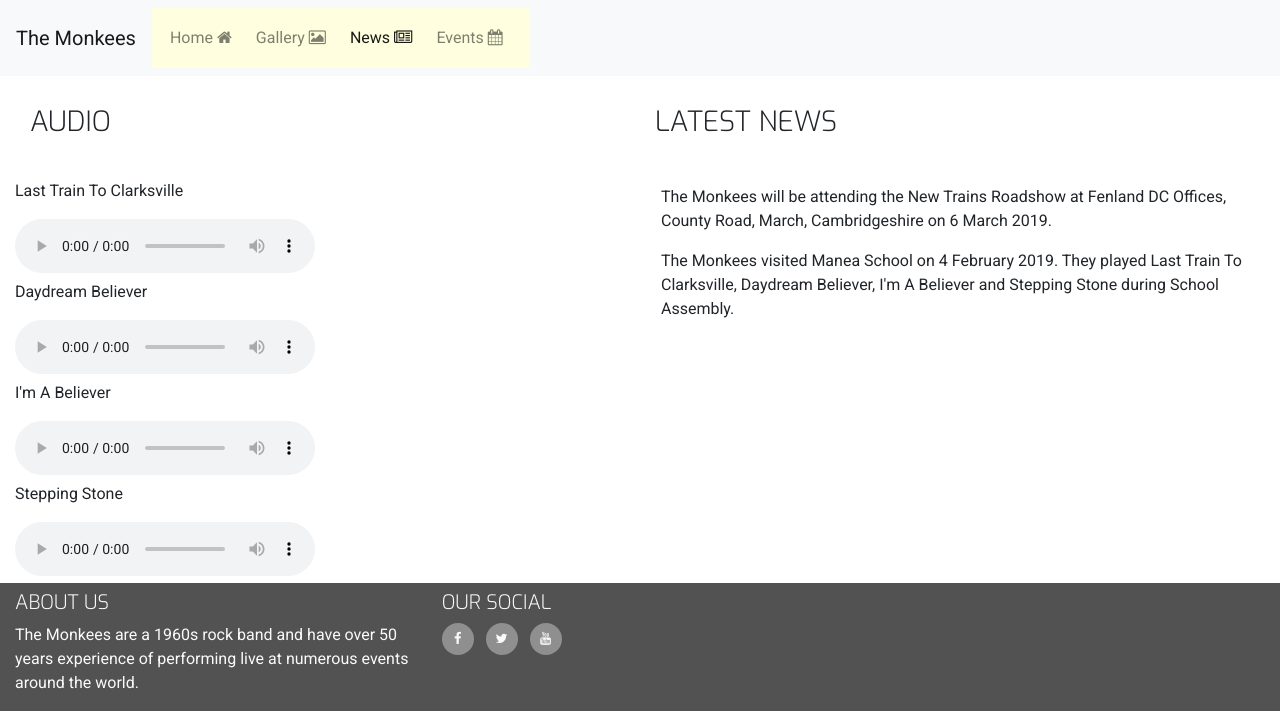
Repository: Code-Institute-Submissions/ucd-band
Page: news.html
The author's editor kept a record of every edit. The page is drawn from the files as they stood at one moment, then again after the next edit.
The browser window is 1280 px wide. The pictures show the whole page.

Above is the page before.

After the next edit:
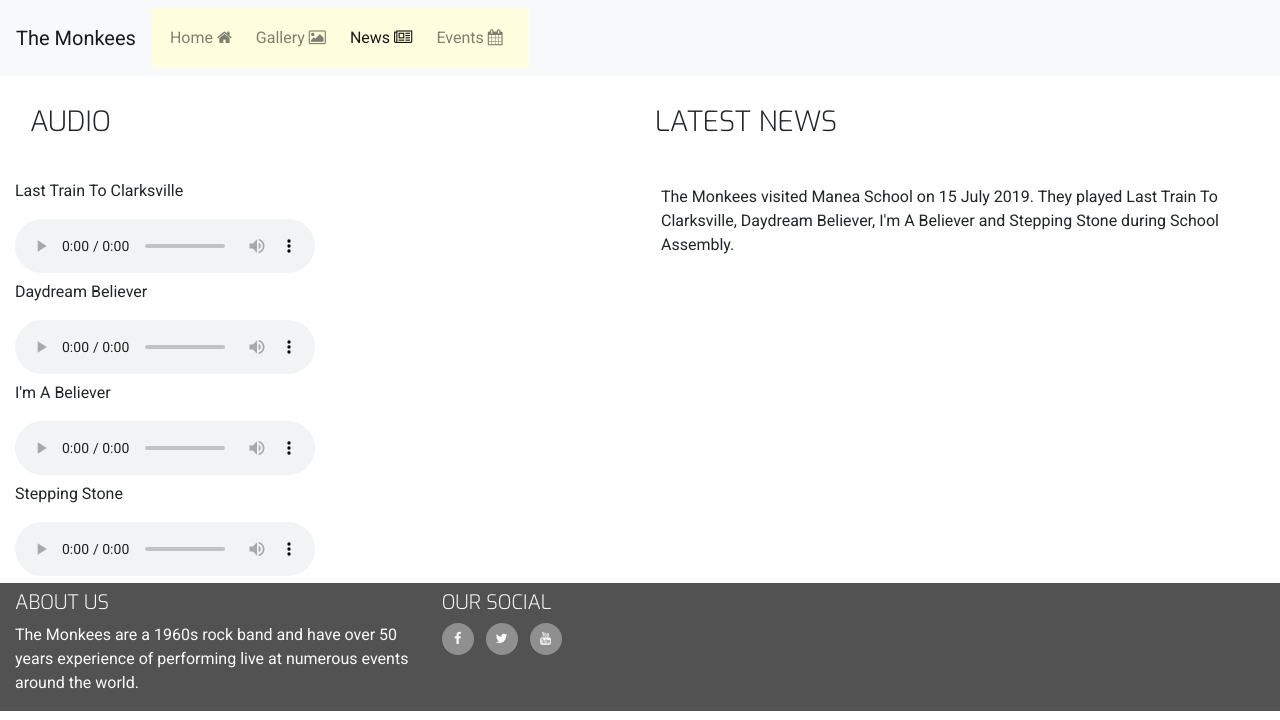
The edit:
--- a/news.html
+++ b/news.html
@@ -89,10 +89,7 @@
                     </div>
                     <!-- Set Up News Items -->
                     <div class="news-item">
-                        <p class="news-description">The Monkees will be attending the New Trains Roadshow
-                        at Fenland DC Offices, County Road, March, Cambridgeshire
-                        on 6 March 2019.</p>
-                        <p class="news-description">The Monkees visited Manea School on 4 February 2019.
+                        <p class="news-description">The Monkees visited Manea School on 15 July 2019.
                         They played Last Train To Clarksville, Daydream Believer, I'm A Believer and Stepping Stone during School Assembly.</p>
                         </div>
                     </div>
